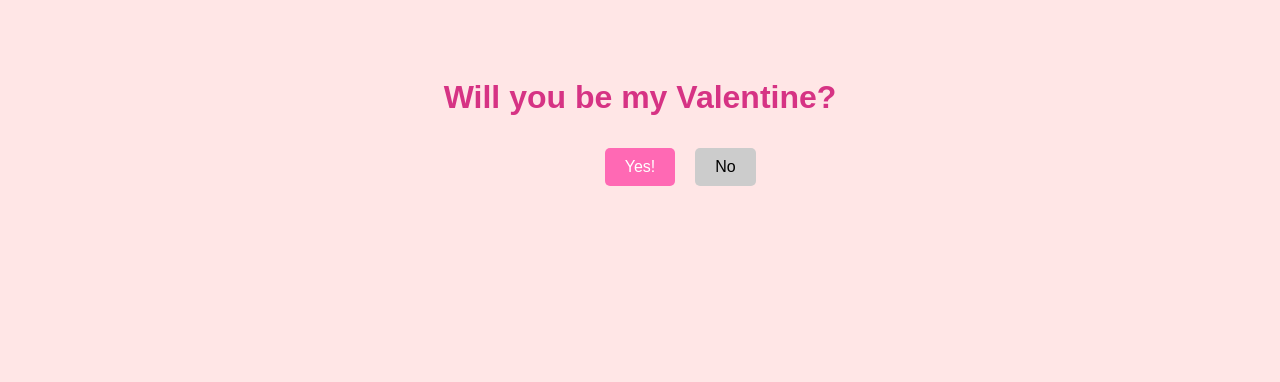
Repository: leeeeeedesu/projects
Page: index.html
An editor plug-in stored every save of this project. The page is shown before and after the next save, followed by the edit.
The browser window is 1280 px wide. The pictures show the whole page.

Above is the page before, as saved 2026-05-22 13:08:13.

### index.html
<!DOCTYPE html>
<html lang="en">
<head>
    <meta charset="UTF-8">
    <meta name="viewport" content="width=device-width, initial-scale=1.0">
    <title>Valentine's Proposal</title>
    <style>
        body {
            font-family: Arial, sans-serif;
            text-align: center;
            background-color: #ffe6e6;
            color: #d63384;
            padding: 50px;
        }
        button {
            margin: 10px;
            padding: 10px 20px;
            font-size: 16px;
            border: none;
            border-radius: 5px;
            cursor: pointer;
        }
        #yesBtn {
            background-color: #ff69b4;
            color: white;
        }
        #noBtn {
            background-color: #ccc;
            position: absolute;
            transition: transform 0.2s ease;
        }
        .heart {
    position: fixed;
    font-size: 24px;
    animation: floatUp 2s ease-out forwards;
    pointer-events: none;
}

@keyframes floatUp {
    0% {
        opacity: 1;
        transform: translateY(0) scale(1);
    }
    100% {
        opacity: 0;
        transform: translateY(-120px) scale(1.5);
    }
}



/* Shake on hover */
@keyframes shake {
    0% { transform: translateX(0); }
    25% { transform: translateX(-5px); }
    50% { transform: translateX(5px); }
    75% { transform: translateX(-5px); }
    100% { transform: translateX(0); }
}

#noBtn:hover {
    animation: shake 0.2s;
}

        #message {
            font-size: 18px;
            margin-top: 20px;
        }
    </style>
</head>
<body>
    <h1>Will you be my Valentine?</h1>
    <div id="buttons">
        <button id="yesBtn">Yes!</button>
        <button id="noBtn">No</button>
    </div>
    <div id="message"></div>

    <script>
    const popSound = new Audio("https://www.soundjay.com/buttons/sounds/button-09.mp3");
    const yesBtn = document.getElementById('yesBtn');
    const noBtn = document.getElementById('noBtn');
    const messageDiv = document.getElementById('message');
    const buttonsDiv = document.getElementById('buttons');

    let attempts = 0;
    let scale = 1;

    const convincingMessages = [
        "Please? I promise to be the best Valentine ever!",
        "You're breaking my heart! 😭",
        "Please Lovelove, huhuhu",
        "Pleaseeeeee",
        "I beg you my loveeeeeee",
        "Okay fine 😔"
    ];
    function createHeart(x, y) {
    const heart = document.createElement("div");
    heart.className = "heart";
    heart.textContent = "❤️";

    heart.style.left = x + "px";
    heart.style.top = y + "px";

    document.body.appendChild(heart);

    setTimeout(() => {
        heart.remove();
    }, 2000);
}
document.getElementById("yesBtn").addEventListener("click", async () => {
    await fetch("https://my-surprise-qlfo.onrender.com/send-email", {
      method: "POST",
      headers: { "Content-Type": "application/json" },
      body: JSON.stringify({ response: "Yes to your proposal" })
    });
    alert("Email request sent!");
  });

    function askAgain() {
        attempts++;

        // Message update
        messageDiv.textContent =
            convincingMessages[Math.min(attempts - 1, convincingMessages.length - 1)];

        // Shrink button
        scale *= 0.8;
        const rotation = Math.random() * 360;

        noBtn.style.transform = `scale(${scale}) rotate(${rotation}deg)`;

        // Random position
        const maxX = window.innerWidth - noBtn.offsetWidth;
        const maxY = window.innerHeight - noBtn.offsetHeight;

        noBtn.style.left = Math.random() * maxX + "px";
        noBtn.style.top = Math.random() * maxY + "px";

        // Final disappearance
        if (scale < 0.25) {
            noBtn.style.display = "none";
            messageDiv.textContent = "WAHAHAHAHA, Hindi pwede and no😁😁";
        }
    }

    yesBtn.addEventListener('click', (e) => {
    popSound.play();

    for (let i = 0; i < 20; i++) {
        createHeart(
            e.clientX + (Math.random() * 100 - 50),
            e.clientY + (Math.random() * 100 - 50)
        );
    }

    messageDiv.textContent = "Yay! You said YES! Happy Valentine’s Day ❤️🥰";
    buttonsDiv.style.display = 'none';
});


    noBtn.addEventListener('click', askAgain);
</script>

</body>
</html>

After the next save:
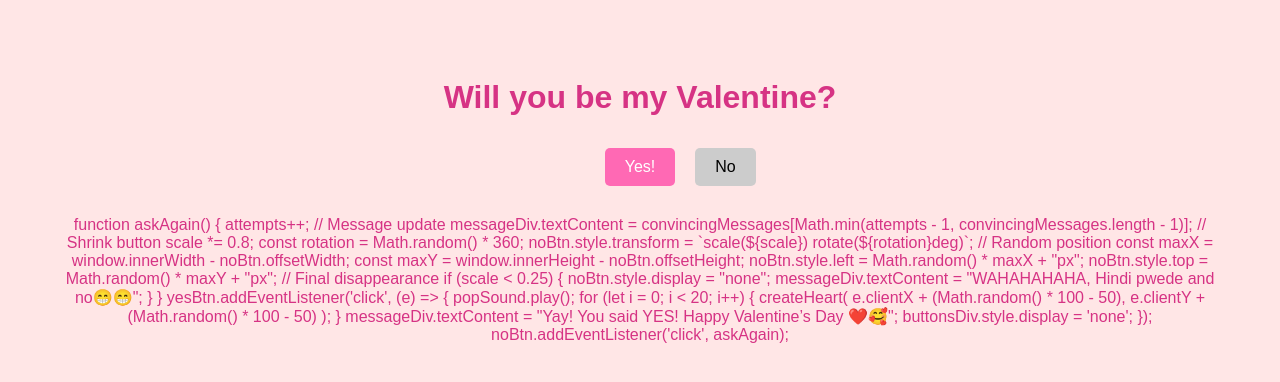
Console error: SyntaxError: Unexpected token '<'
Saved 12 min 46 s later.
--- a/index.html
+++ b/index.html
@@ -116,6 +116,14 @@
     });
     alert("Email request sent!");
   });
+  <script type="text/javascript"
+  src="https://cdn.jsdelivr.net/npm/emailjs-com@3/dist/email.min.js">
+</script>
+<script>
+  (function(){
+    emailjs.init("YOUR_PUBLIC_KEY"); // replace with your EmailJS public key
+  })();
+</script>
 
     function askAgain() {
         attempts++;

After the save that followed:
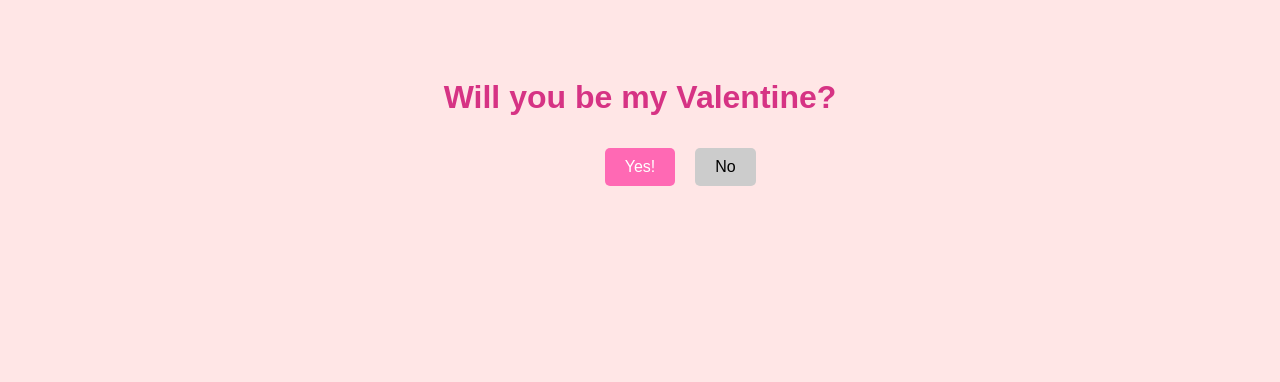
The error is gone.
Saved 7 s later.
--- a/index.html
+++ b/index.html
@@ -116,14 +116,6 @@
     });
     alert("Email request sent!");
   });
-  <script type="text/javascript"
-  src="https://cdn.jsdelivr.net/npm/emailjs-com@3/dist/email.min.js">
-</script>
-<script>
-  (function(){
-    emailjs.init("YOUR_PUBLIC_KEY"); // replace with your EmailJS public key
-  })();
-</script>
 
     function askAgain() {
         attempts++;
